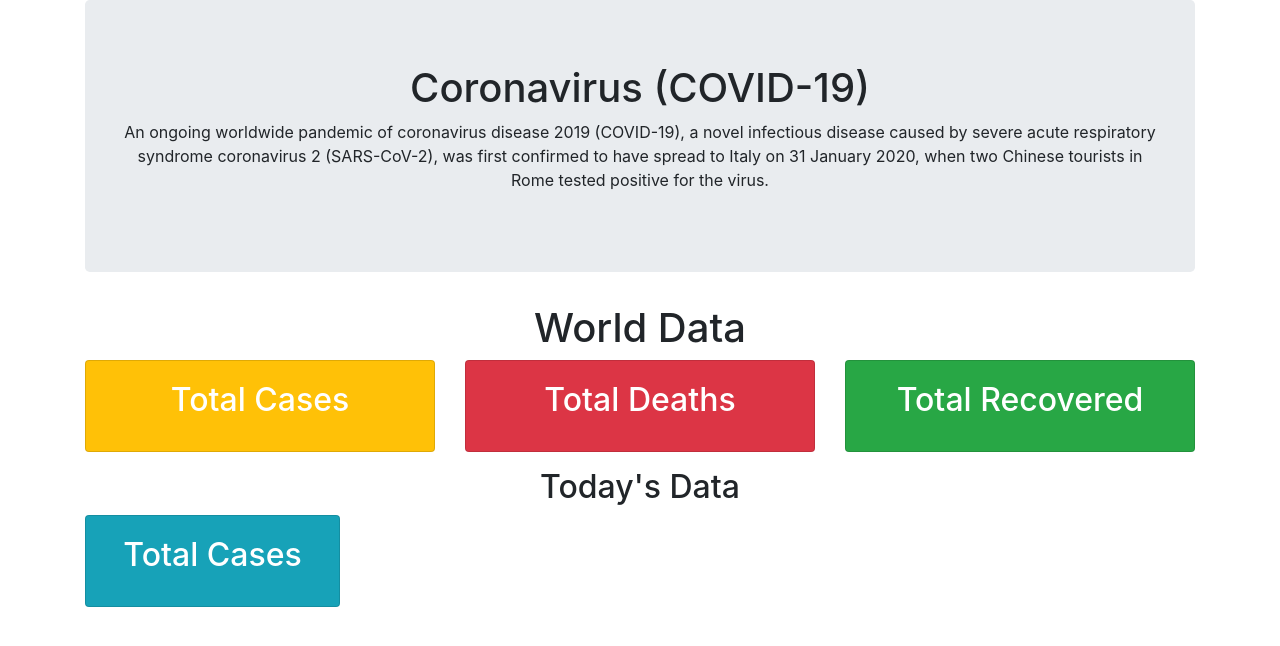
Repository: ahmadsaadkhan/react-covid-app
Page: /
The author's editor kept a copy of each file at every save. The page is drawn from the files as they stood at one save, then again after the next save.
The browser window is 1280 px wide. The pictures show the whole page.
The page's requests for data from a server got no answer. The project was rebuilt for these pictures with package versions that can differ from the ones it lists, and the page was loaded fresh each time. No one was signed in, and anything a server would have sent is missing.

Above is the page before, as saved 2021-04-19 16:01:04.

After the next save:
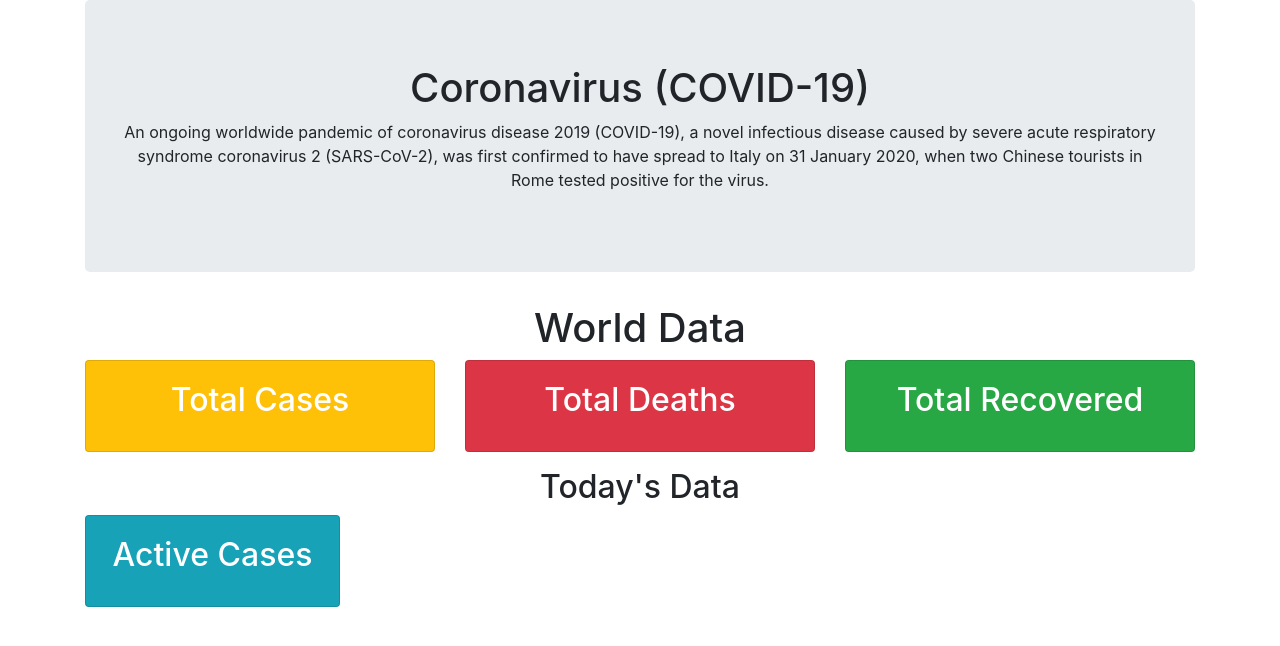
Saved 21 s later.
--- a/src/App.js
+++ b/src/App.js
@@ -72,8 +72,8 @@ function App() {
           <div className="col-md-3">
             <div className="card text-white bg-info mb-3">
               <div className="card-body">
-                <h2 className="card-title"> Total Cases</h2>
-                <p className="card-text h3">{Covid_Data && Covid_Data[0].TotalCases}</p>
+                <h2 className="card-title"> Active Cases</h2>
+                <p className="card-text h3">{Covid_Data && Covid_Data[0].ActiveCases}</p>
               </div>
             </div>
           </div>
